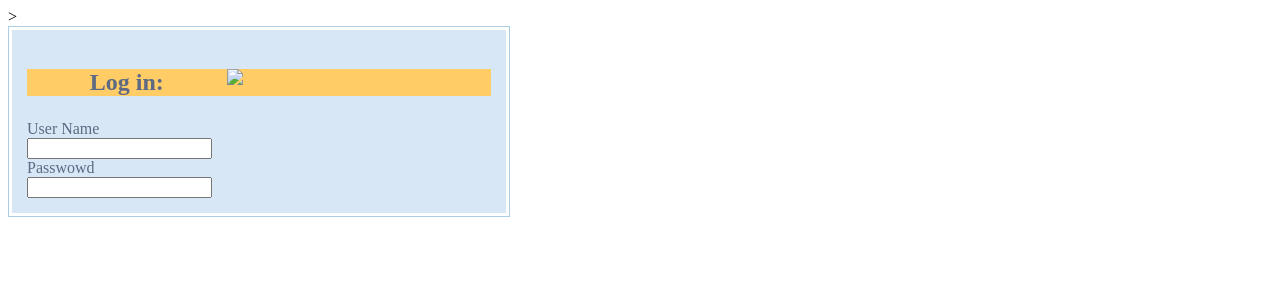
Repository: Dismen-r/assignment
Page: Assignment1/src/main/webapp/index.html
The author's editor kept a copy of each file at every save. The page is drawn from the files as they stood at one save, then again after the next save.
The browser window is 1280 px wide. The pictures show the whole page.

Above is the page before, as saved 2022-03-08 07:10:36.
Not found: Assignment1/src/main/webapp/mm5.png

After the next save:
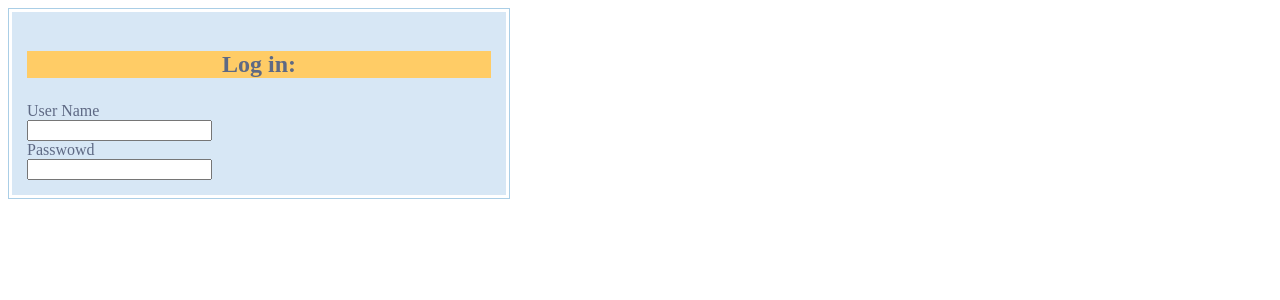
Saved 96 s later.
--- a/Assignment1/src/main/webapp/index.html
+++ b/Assignment1/src/main/webapp/index.html
@@ -46,11 +46,10 @@ input[type=submit]:hover {
   background-color: green;
 }
 </style>
-</head>>
+</head>
 <body><div class=bluebox style="width:500px;">
 <div class=blueboxcontent>
 <p style="text-align: center;font-weight: 700;font-size: x-large;text-decoration:none;background-color: #FFCC66;">
-<img src="mm5.png"style="float:right;width:57%">
 Log in:</p>
 <form  onsubmit="vf()" name="f">
 <div>
